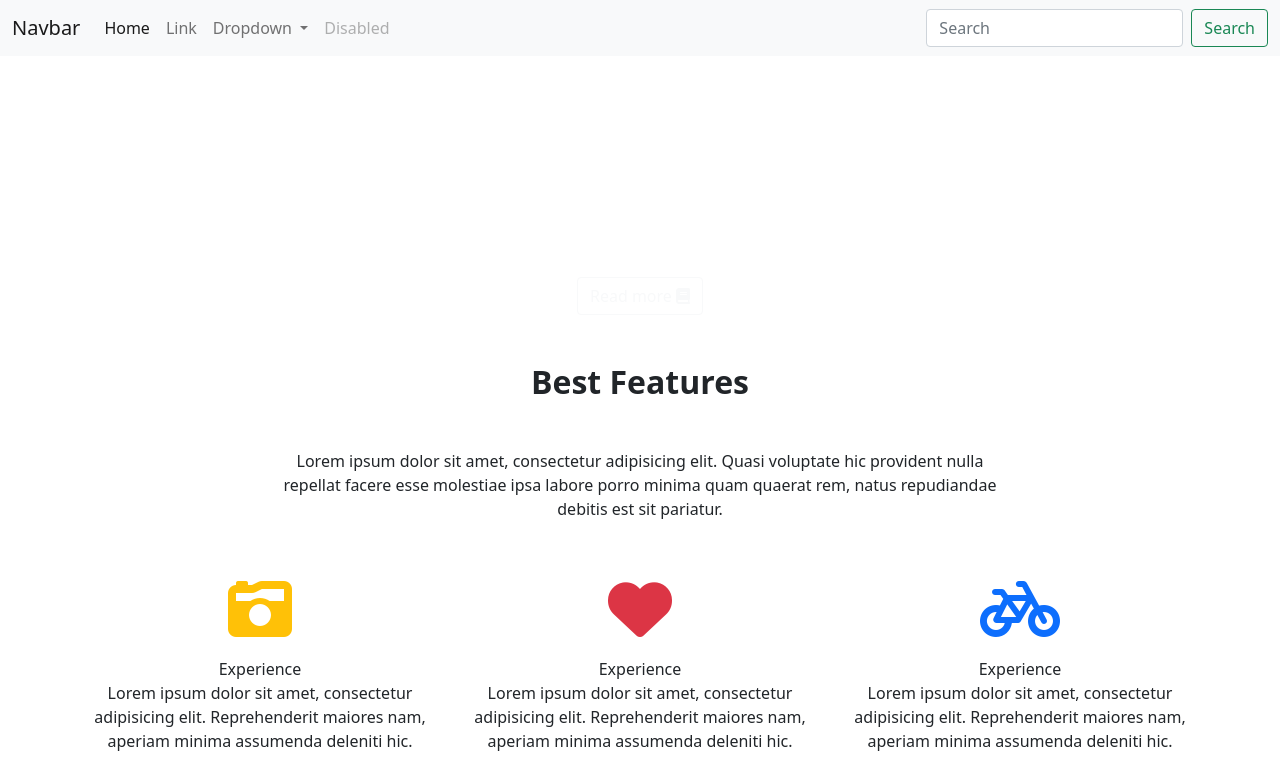
Repository: nptg3105/lab04-landing-page-boostrap5
Page: index.html
An editor plug-in stored every save of this project. The page is shown before and after the next save, followed by the edit.
The browser window is 1280 px wide. The pictures show the whole page.

Above is the page before, as saved 2021-12-19 10:25:01.

After the next save:
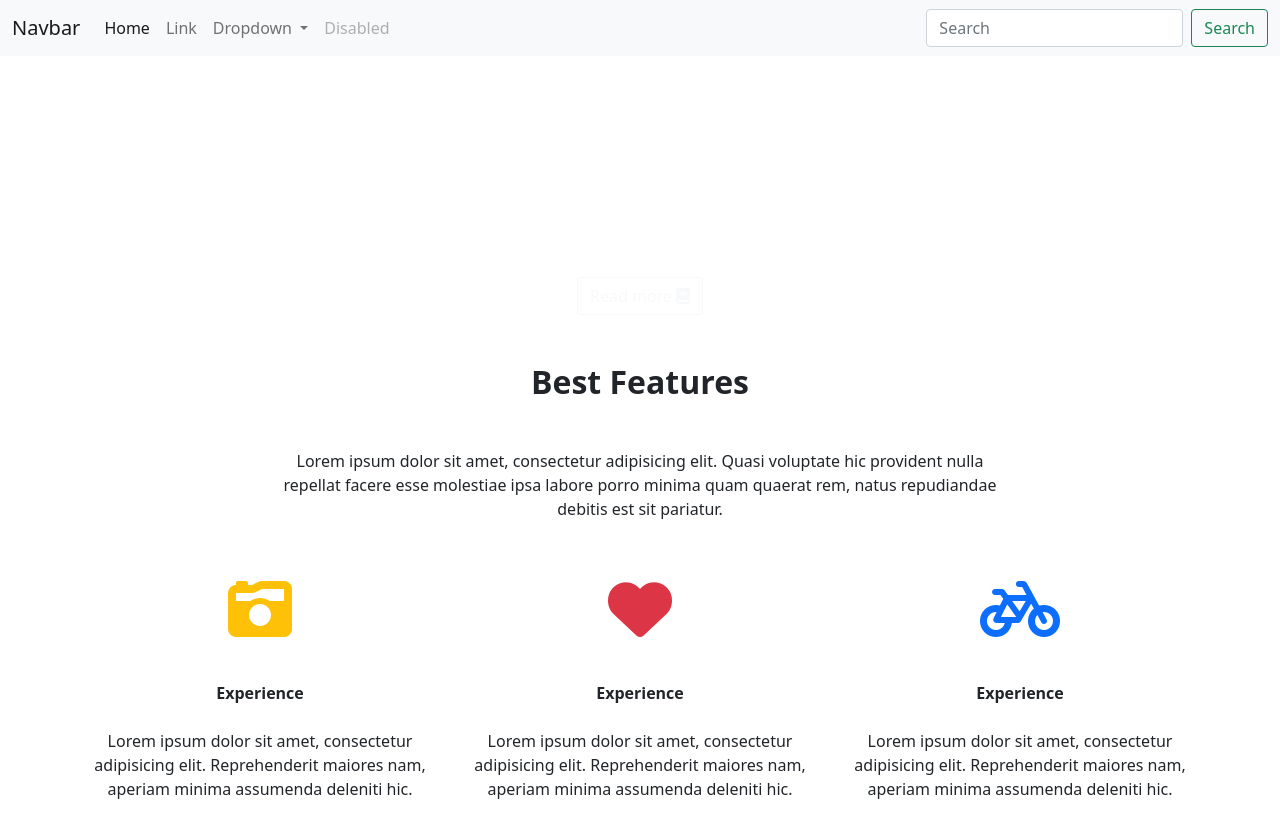
Saved 20 s later.
--- a/index.html
+++ b/index.html
@@ -98,17 +98,17 @@
           <div class="feature__list row">
             <div class="feature__item col-md-4">
               <div class="feature__icon fa-4x text-warning"><i class="fas fa-camera-retro"></i></div>
-              <div class="feature__title">Experience</div>
+              <div class="feature__title my-4 fw-bold">Experience</div>
               <div class="feature__desc">Lorem ipsum dolor sit amet, consectetur adipisicing elit. Reprehenderit maiores nam, aperiam minima assumenda deleniti hic.</div>
             </div>
             <div class="feature__item col-md-4">
               <div class="feature__icon fa-4x text-danger"><i class="fas fa-heart"></i></div>
-              <div class="feature__title">Experience</div>
+              <div class="feature__title my-4 fw-bold">Experience</div>
               <div class="feature__desc">Lorem ipsum dolor sit amet, consectetur adipisicing elit. Reprehenderit maiores nam, aperiam minima assumenda deleniti hic.</div>
             </div>
             <div class="feature__item col-md-4 ">
               <div class="feature__icon fa-4x text-primary"><i class="fas fa-bicycle"></i></div>
-              <div class="feature__title">Experience</div>
+              <div class="feature__title my-4 fw-bold">Experience</div>
               <div class="feature__desc">Lorem ipsum dolor sit amet, consectetur adipisicing elit. Reprehenderit maiores nam, aperiam minima assumenda deleniti hic.</div>
             </div>
           </div>
